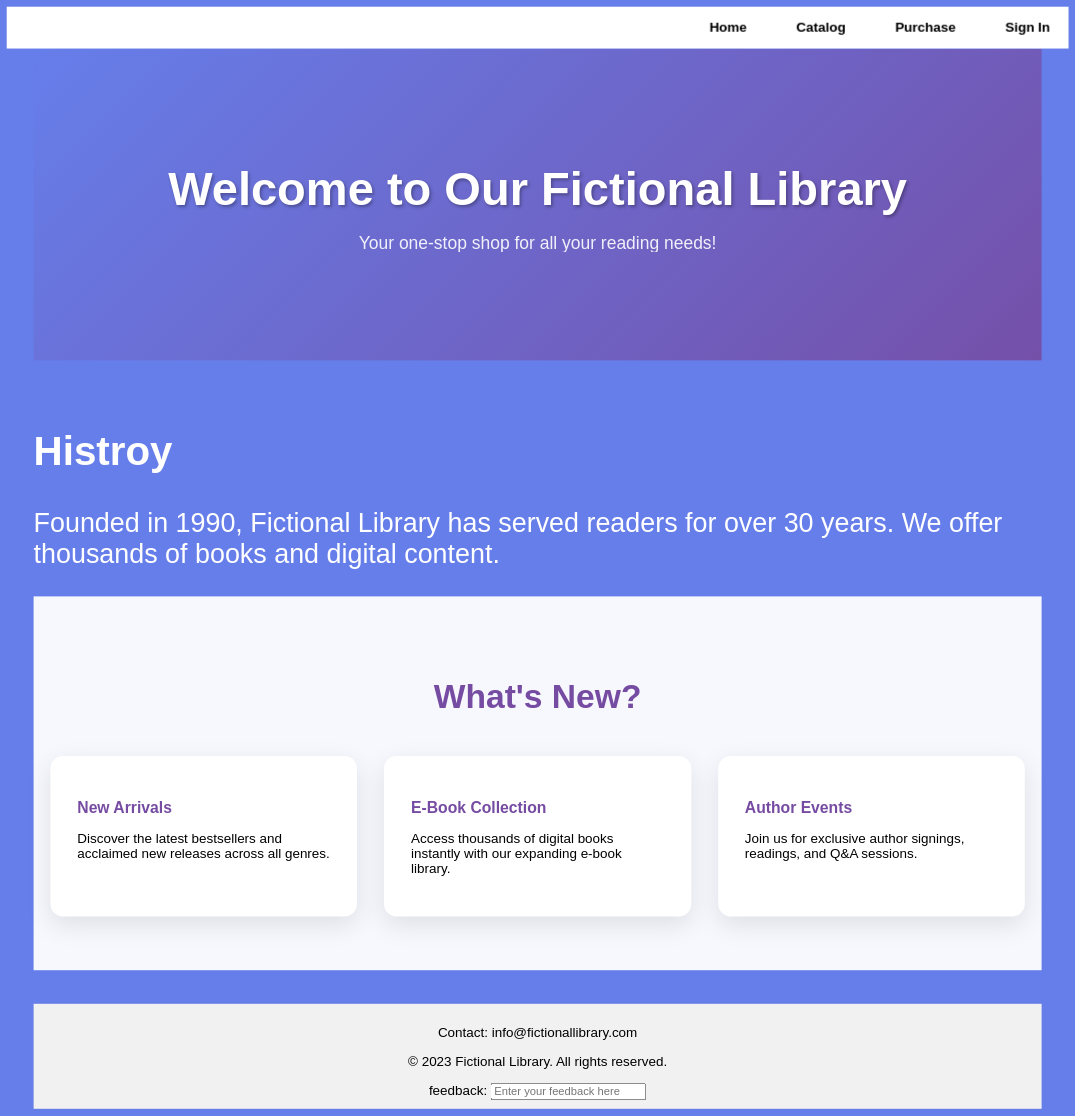
Repository: Ibrahim-Abohola/BookStore
Page: Homepage.html
These files come from the project's save history. The page is drawn as it stood at one moment and after the next save; the edit follows.
The browser window is 1280 px wide. The pictures show the whole page, at 84% of full size.

Above is the page before, as saved 2025-07-16 01:03:20.

### Homepage.html
<!DOCTYPE html>
<html lang="en">
    <head>
    <meta charset="UTF-8">
    <meta name="viewport" content="width=device-width, initial-scale=1.0">
    <title>Bookstore</title>
    <link rel="stylesheet" href="styles.css">
    </head>
    <body>
        <nav class="top-nav">
    <ul>
      <li><a href="Homepage.html">Home</a></li>
      <li><a href="catalog.html">Catalog</a></li>
      <li><a href="purchase.html">Purchase</a></li>
      <li><a href="signin.html">Sign In</a></li>
    </ul>
  </nav>
        <div class = "container">
        <header class = "hero">
            <h1>Welcome to Our Fictional Library</h1>
            <p>Your one-stop shop for all your reading needs!</p>
            <!--img src="bookstore.jpg" alt="Bookstore Image" class="hero-image"-->
        </header>
        <section class = "intro">
                <h2>Histroy</h2>
                    <p>Founded in 1990, Fictional Library has served readers for over 30 years. We offer thousands of books and digital content.</p>
        </section>
        <section class = "highlights">
            <div class="container">
                    <h2>What's New?</h2>
            <div class="highlight-grid">
                    <div class="highlight-card">
                        <h3>New Arrivals</h3>
                        <p>Discover the latest bestsellers and acclaimed new releases across all genres.</p>
                    </div>
                    <div class="highlight-card">
                        <h3>E-Book Collection</h3>
                        <p>Access thousands of digital books instantly with our expanding e-book library.</p>
                    </div>
                    <div class="highlight-card">
                        <h3>Author Events</h3>
                        <p>Join us for exclusive author signings, readings, and Q&A sessions.</p>
                    </div>
                </div>
            </div>
        </section>

        <footer>
            <p>Contact: info@fictionallibrary.com</p>
            <p>&copy; 2023 Fictional Library. All rights reserved.</p>
            <form action="#">
                <label for="feedback">feedback:</label>
                <input type="text" id="feedback" name="feedback" placeholder="Enter your feedback here">
            </form>
        </footer>
        </div>

    </body>
</html>

### styles.css
body {
    font-family: sans-serif;
    background-color: #667eea;
}

.container {
    max-width: 1200px;
    margin: 0 auto;
    padding: 0 20px;
}

.intro {
    color: white;
    font-size: 2rem;
    margin-bottom: 1rem;
    margin-top: 80px;
}
nav {
    background: rgba(255, 255, 255, 0.95);
    backdrop-filter: blur(10px);
    padding: 1rem 0;
    position: fixed;
    width: 100%;
    top: 0;
    z-index: 1000;
}
nav.top-nav {
  display: flex;
  justify-content: flex-end;
  background: white;
  position: sticky;
  z-index: 1000;
}
nav.top-nav ul {
  display: flex;
  margin: 0;
  padding: 0;
}
nav.top-nav ul li {
  margin-left: 15px;
}
nav.top-nav ul li a {
  color: black;
  font-weight: bold;
  padding: 8px 12px;
}
nav.top-nav ul li a:hover {
  background-color: #147749ea;
  border-radius: 4px;
}

nav .container {
    display: flex;
    justify-content: space-between;
    align-items: center;
}

nav ul {
    display: flex;
    list-style: none;
    background:white;
    padding: 10px;
}

nav ul li a {
    color: white;
    margin: 0 10px;
    text-decoration: none;
}

 .hero {
            background: linear-gradient(135deg, rgba(102, 126, 234, 0.9), rgba(118, 75, 162, 0.9));
            padding: 6rem 0;
            text-align: center;
            color: white;
        }

        .hero h1 {
            font-size: 3.5rem;
            margin-bottom: 1rem;
            text-shadow: 2px 2px 4px rgba(0, 0, 0, 0.3);
        }

        .hero p {
            font-size: 1.3rem;
            margin-bottom: 2rem;
            opacity: 0.9;
        }

.highlights {
    padding: 4rem 0;
    background: rgba(255, 255, 255, 0.95);
}

.highlights h2 {
    text-align: center;
    margin-bottom: 3rem;
    color: #764ba2;
    font-size: 2.5rem;
}

.highlight-grid {
    display: grid;
    grid-template-columns: repeat(auto-fit, minmax(300px, 1fr));
    max-width: none;
    width: 100%;
    gap: 2rem;
}

.highlight-card {
    background: white;
    padding: 2rem;
    border-radius: 15px;
    box-shadow: 0 10px 30px rgba(0, 0, 0, 0.1);
    transition: transform 0.3s ease;
}

.highlight-card h3 {
    color: #764ba2;
    margin-bottom: 1rem;
}

.signin-container {
    display: flex;
    justify-content: center;
    align-items: center;
    min-height: calc(100vh - 80px);
}

.signin-form {
    background: rgba(255, 255, 255, 0.95);
    padding: 3rem;
    border-radius: 20px;
    box-shadow: 0 15px 35px rgba(0, 0, 0, 0.1);
    width: 100%;
    max-width: 400px;
    backdrop-filter: blur(10px);
}

.signin-form h2 {
    text-align: center;
    margin-bottom: 2rem;
    color: #764ba2;
    font-size: 2rem;
}

.form-group {
    margin-bottom: 1.5rem;
}

.form-group label {
    display: block;
    margin-bottom: 0.5rem;
    font-weight: 500;
}

.form-group input {
    width: 100%;
    padding: 0.8rem;
    border: 2px solid #e0e0e0;
    border-radius: 10px;
    font-size: 1rem;
    transition: border-color 0.3s ease;
}

.form-group input:focus {
    outline: none;
    border-color: #764ba2;
}

.signin-btn {
    width: 100%;
    padding: 1rem;
    background: linear-gradient(135deg, #667eea 0%, #764ba2 100%);
    color: white;
    border: none;
    border-radius: 10px;
    font-size: 1.1rem;
    font-weight: 600;
    cursor: pointer;
    transition: transform 0.3s ease;
}

.signin-btn:hover {
    transform: translateY(-2px);
}

.catalog {
    display: flex;
    flex-wrap: wrap;
    gap: 20px;
    padding: 20px;
}

.catalog-header {
    padding: 2rem 0;
    background: rgba(255, 255, 255, 0.95);
    text-align: center;
}

.catalog-header h1 {
    color: #764ba2;
    font-size: 2.5rem;
    margin-bottom: 1rem;
}

.books-grid {
    display: grid;
    grid-template-columns: repeat(auto-fit, minmax(300px, 1fr));
    gap: 2rem;
    padding: 2rem 0;
}

.book-card {
    background: rgba(255, 255, 255, 0.95);
    border-radius: 15px;
    overflow: hidden;
    box-shadow: 0 10px 30px rgba(0, 0, 0, 0.1);
    transition: transform 0.3s ease;
}

.book-card:hover {
    transform: translateY(-5px);
}

.book-cover {
    width: 100%;
    height: 300px;
    background: linear-gradient(135deg, #667eea, #764ba2);
    display: flex;
    align-items: center;
    justify-content: center;
    color: white;
    font-size: 1.2rem;
    font-weight: bold;
}

.book-info {
    padding: 1.5rem;
}

.book-title {
    font-size: 1.3rem;
    font-weight: bold;
    margin-bottom: 0.5rem;
    color: #333;
}

.book-author {
    color: #666;
    margin-bottom: 0.5rem;
}

.book-genre {
    background: #764ba2;
    color: white;
    padding: 0.3rem 0.8rem;
    border-radius: 20px;
    font-size: 0.9rem;
    display: inline-block;
    margin-bottom: 1rem;
}

.availability {
    font-weight: bold;
    margin-bottom: 1rem;
}

.available {
    color: #28a745;
}

.unavailable {
    color: #dc3545;
}

.purchase-btn {
    width: 100%;
    padding: 0.8rem;
    background: linear-gradient(135deg, #667eea, #764ba2);
    color: white;
    border: none;
    border-radius: 10px;
    font-weight: 600;
    cursor: pointer;
    transition: transform 0.3s ease;
}

.purchase-btn:hover {
    transform: translateY(-2px);
}

.purchase-btn:disabled {
    background: #ccc;
    cursor: not-allowed;
    transform: none;
}

.purchase-container {
    padding: 2rem 0;
    min-height: calc(100vh - 80px);
}

.purchase-content {
    display: grid;
    grid-template-columns: 1fr 1fr;
    gap: 3rem;
    max-width: 1000px;
    margin: 0 auto;
}

.book-details {
    background: rgba(255, 255, 255, 0.95);
    padding: 2rem;
    border-radius: 15px;
    box-shadow: 0 10px 30px rgba(0, 0, 0, 0.1);
}

.purchase-form-container {
    background: rgba(255, 255, 255, 0.95);
    padding: 2rem;
    border-radius: 15px;
    box-shadow: 0 10px 30px rgba(0, 0, 0, 0.1);
}

.purchase-form h2 {
    color: #764ba2;
    margin-bottom: 1.5rem;
}

.price {
    font-size: 1.5rem;
    font-weight: bold;
    color: #764ba2;
    margin: 1rem 0;
}

.book {
    border: 1px solid #ccc;
    padding: 10px;
    width: calc(33.333% - 40px);
}

footer {
    margin-top: 40px;
    padding: 10px;
    background: #f1f1f1;
    text-align: center;
}

After the next save:
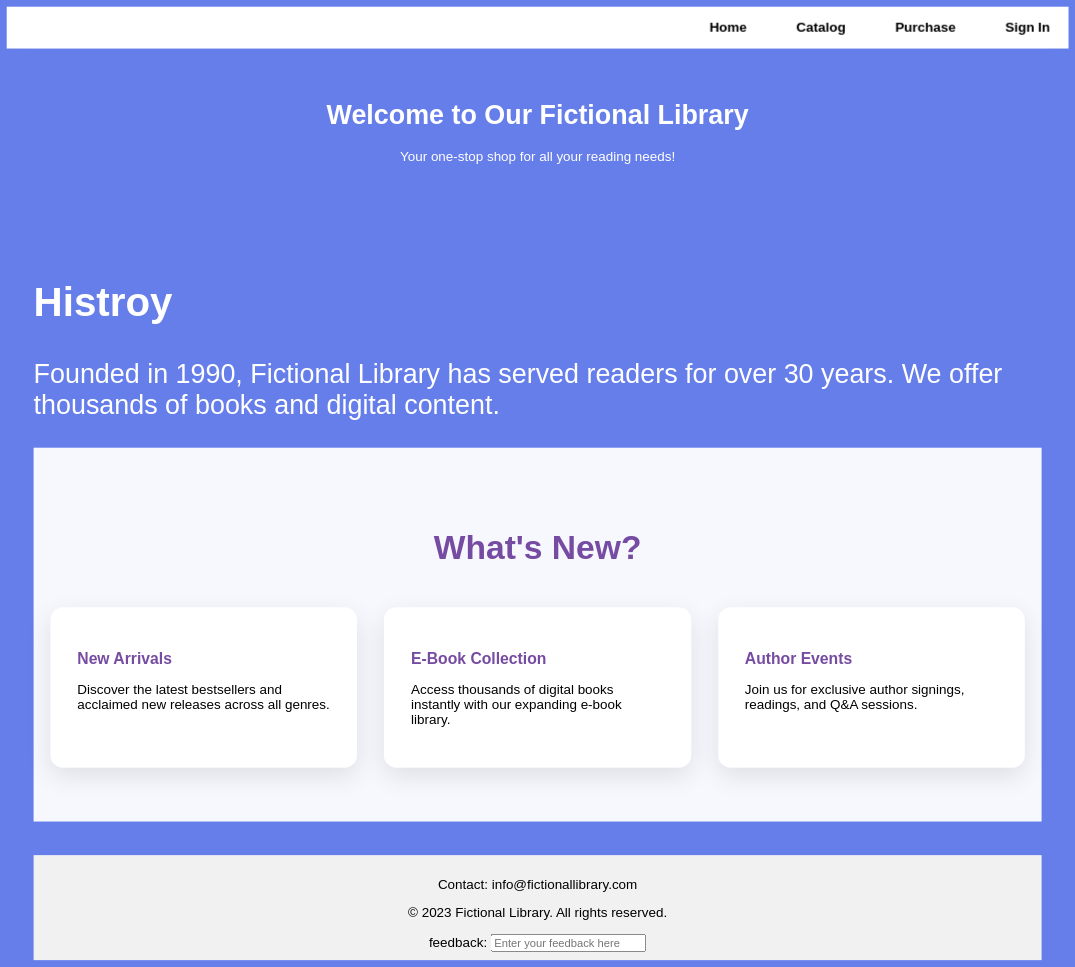
Not found: images/banner.jpg
Saved 12 s later.
--- a/styles.css
+++ b/styles.css
@@ -68,24 +68,12 @@ nav ul li a {
     text-decoration: none;
 }
 
- .hero {
-            background: linear-gradient(135deg, rgba(102, 126, 234, 0.9), rgba(118, 75, 162, 0.9));
-            padding: 6rem 0;
-            text-align: center;
-            color: white;
-        }
-
-        .hero h1 {
-            font-size: 3.5rem;
-            margin-bottom: 1rem;
-            text-shadow: 2px 2px 4px rgba(0, 0, 0, 0.3);
-        }
-
-        .hero p {
-            font-size: 1.3rem;
-            margin-bottom: 2rem;
-            opacity: 0.9;
-        }
+.hero {
+    background: url('images/banner.jpg') center/cover;
+    color: white;
+    padding: 40px;
+    text-align: center;
+}
 
 .highlights {
     padding: 4rem 0;
